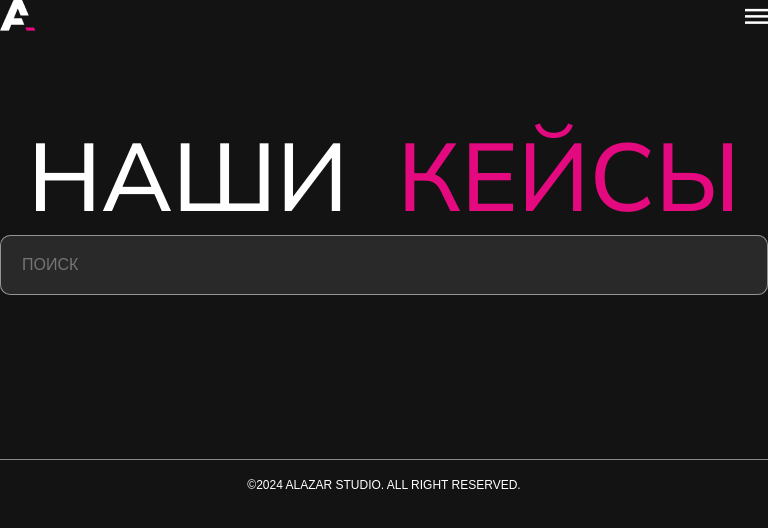
Repository: AlazarStudio/alazar_studio
Page: /cases
These files come from the project's save history. The page is drawn as it stood at one moment and after the next save; the edit follows.
The browser window is 768 px wide. The pictures show the whole page.
The page's requests for data from a server got no answer. The project was rebuilt for these pictures with package versions that can differ from the ones it lists, and the page was loaded fresh each time. No one was signed in, and anything a server would have sent is missing. Also part of the build but not shown: vite.config.js, src/Components/Pages/Non_Found_Page.jsx, src/Components/Standart/CenterBlock/CenterBlock.module.css, src/Components/Standart/CenterBlock/CenterBlock.jsx, src/Components/Standart/WidthBlock/WidthBlock.module.css, src/Components/Standart/WidthBlock/WidthBlock.jsx, src/Components/Pages/HomePage/HomePage.module.css, src/Components/Pages/HomePage/HomePage.jsx and 13 more.

Above is the page before, as saved 2025-05-06 16:32:21.

### index.html
<!DOCTYPE html>
<html lang="ru">
  <head>
    <meta charset="UTF-8" />
    <link rel="icon" type="image/svg+xml" href="/favicon-alazar-studio.png" />
    <meta name="viewport" content="width=device-width, initial-scale=1.0" />
    <title>Название сайта</title>
    <!-- <link
      rel="stylesheet"
      href="https://fonts.googleapis.com/css2?family=Montserrat:wght@400;500;600;700,800&display=swap"
    /> -->
    <link
      href="https://fonts.googleapis.com/css2?family=Mulish:wght@300;400;500;600;700;800&display=swap"
      rel="stylesheet"
    />
  </head>
  <body>
    <div id="root"></div>
    <script type="module" src="/src/main.jsx"></script>
  </body>
</html>

### src/App.jsx
import React from 'react';
import { Route, Routes } from 'react-router-dom';
import Non_Found_Page from './Components/Pages/Non_Found_Page';
import Layout from './Components/Standart/Layout/Layout';
// import AdminPage from './Components/Pages/AdminPage/AdminPage';
import HomePage from './Components/Pages/HomePage/HomePage';
import AdminPage from './Components/Pages/AdminPage/AdminPage';
import CasesPage from './Components/Pages/CasesPage/CasesPage';

function App() {
  return (
    <>
      <Routes>
        <Route path="/" element={<Layout />}>
          <Route path="/" element={<HomePage />} />
          <Route path="/cases" element={<CasesPage />} />

          <Route path="*" element={<Non_Found_Page />} />
        </Route>
        <Route path="/admin/*" element={<AdminPage />} />
      </Routes>
    </>
  );
}

export default App;

### src/index.css
* {
    margin: 0;
    padding: 0;
    box-sizing: border-box;
    font-family: 'Montserrat', sans-serif;
    scroll-behavior: smooth;
}

a {
    text-decoration: none;
}

:root {
    --blockWidth: 1300px;
}

body {
    background-color: #131313;
    color: #fff;
    /* margin-top: 0px; */
}

main {
    /* display: flex;
    flex-direction: column;
    gap: 80px;
    padding-bottom: 80px; */
}

### src/Components/Standart/Layout/Layout.jsx
import React from "react";
import { Outlet } from "react-router-dom";

import Header from "../../Blocks/Header/Header"
import Footer from "../../Blocks/Footer/Footer";


function Empty({ children, ...props }) {
    return (
        <>
            <Header/>
            <Outlet />
            <Footer/>
        </>
    );
}

export default Empty;

### src/Components/Pages/CasesPage/CasesPage.jsx
import React, { useEffect, useState } from 'react';
import classes from './CasesPage.module.css';
import serverConfig from '../../../serverConfig';
import uploadsConfig from '../../../uploadsConfig';
import CaseHomeCard from '../../ui/HomePage/CaseHomeCard';

export default function CasesPage() {
  const [caseHomes, setCaseHomes] = useState([]);
  const [categories, setCategories] = useState([]); // 🆕 категории
  const [loading, setLoading] = useState(false);
  const [error, setError] = useState(null);

  useEffect(() => {
    const fetchData = async () => {
      setLoading(true);
      try {
        // Загружаем кейсы и категории параллельно
        const [casesHomeRes, categoriesRes] = await Promise.all([
          fetch(`${serverConfig}/casesHome`),
          fetch(`${serverConfig}/categories`),
        ]);

        const casesHomeData = await casesHomeRes.json();
        const categoriesData = await categoriesRes.json();

        setCaseHomes(casesHomeData);
        setCategories(categoriesData);
      } catch (err) {
        console.error('Ошибка загрузки данных:', err);
        setError('Ошибка загрузки данных');
      } finally {
        setLoading(false);
      }
    };

    fetchData();
  }, []);

  return (
    <div className={classes.container}>
      <div className={classes.containerCase}>
        <div className={classes.containerCaseTop}>
          <div className={classes.containerCaseTopName}>
            <span>НАШИ</span>
            <span>КЕЙСЫ</span>
          </div>
          <input placeholder="ПОИСК" />
        </div>

        {/* 🔽 Категории */}
        <div className={classes.categoryMenu}>
          {categories.map((cat) => (
            <span key={cat.id} className={classes.categoryItem}>
              {cat.title}
            </span>
          ))}
        </div>

        {/* 🔽 Кейсы */}
      </div>
      <CaseHomeCard caseHomes={caseHomes} />
    </div>
  );
}

### src/Components/Blocks/Header/Header.jsx
import React, { useEffect, useState } from 'react';
import classes from './Header.module.css';
import { Link } from 'react-router-dom';

function Header() {
  const [isScrolled, setIsScrolled] = useState(false);
  const [isMenuOpen, setIsMenuOpen] = useState(false);

  useEffect(() => {
    const handleScroll = () => {
      if (window.scrollY > 50) {
        setIsScrolled(true);
      } else {
        setIsScrolled(false);
      }
    };

    window.addEventListener('scroll', handleScroll);
    return () => window.removeEventListener('scroll', handleScroll);
  }, []);

  const toggleMenu = () => {
    setIsMenuOpen((prev) => !prev);
  };

  const closeMenu = () => {
    setIsMenuOpen(false);
  };

  return (
    <div className={classes.container}>
      <div
        className={`${classes.containerNav} ${
          isScrolled ? classes.scrolled : ''
        }`}
      >
        <ul>
          <li>
            {' '}
            <img
              src="/images/headerLogo.png"
              alt="Логотип"
              className={classes.logo}
            />
          </li>
          <li>
            <Link to="/">ГЛАВНАЯ</Link>
          </li>
          <li>
            <Link to="/service">УСЛУГИ</Link>
          </li>
          <li>
            <Link to="/cases">КЕЙСЫ</Link>
          </li>
          <li>
            <Link to="/shop">МАГАЗИН</Link>
          </li>
          <li>
            <Link to="/about">О НАС</Link>
          </li>
          <li>
            <Link to="/contacts">КОНТАКТЫ</Link>
          </li>
        </ul>
      </div>

      {/* Мобильная версия */}
      <div
        className={`${classes.containerNavMobile} ${
          isScrolled ? classes.scrolled : ''
        }`}
      >
        <img
          src="/images/LogoAlazarM.png"
          alt="Логотип"
          className={classes.logoMobile}
        />

        {/* Иконка меню, по клику открывается меню */}
        <img
          src="/images/headerMobil.png"
          alt="Меню"
          className={classes.menuIcon}
          onClick={toggleMenu}
        />

        {/* Блок с меню */}
        <div
          className={`${classes.menu} ${isMenuOpen ? classes.open : ''}`}
          onClick={closeMenu}
        >
          <ul>
            <li>
              <Link to="/">ГЛАВНАЯ</Link>
            </li>
            <li>
              <Link to="/service">УСЛУГИ</Link>
            </li>
            <li>
              <Link to="/cases">КЕЙСЫ</Link>
            </li>
            <li>
              <Link to="/shop">МАГАЗИН</Link>
            </li>
            <li>
              <Link to="/about">О НАС</Link>
            </li>
            <li>
              <Link to="/contacts">КОНТАКТЫ</Link>
            </li>
          </ul>
        </div>
      </div>
    </div>
  );
}

export default Header;

### src/Components/Blocks/Footer/Footer.jsx
import React from 'react';
import classes from './Footer.module.css';
import CenterBlock from '../../Standart/CenterBlock/CenterBlock';
import WidthBlock from '../../Standart/WidthBlock/WidthBlock';

function Footer({ children, ...props }) {
  return (
    <>

          <div className={classes.container}>
            <span>©2024 ALAZAR STUDIO. ALL RIGHT RESERVED.</span>
          </div>

    </>
  );
}

export default Footer;

### src/serverConfig.js
function serverConfig() {
  const server = 'http://localhost:5000/api';
  // const server = 'https://backend.kch-tourism.ru/api'
  return server;
}

export default serverConfig();

### src/uploadsConfig.js
function uploadsConfig() {
	const server = 'http://localhost:5000'
	// const server = 'https://backend.equipment-house.ru'
	return server
}

export default uploadsConfig()

### src/Components/ui/HomePage/CaseHomeCard.jsx

import classes from './CaseHomeCard.module.css';
import uploadsConfig from '../../../uploadsConfig';

export default function CaseHomeCard({caseHomes}) {


  return (

        <div className={classes.containerCaseMenu}>
          {caseHomes.map((item) => (
            <div key={item.id} className={classes.caseItem}>
              <img src={`${uploadsConfig}${item.img[0]}`} alt={item.name} />
              {/* <span>{item.name}</span> */}
            </div>
          ))}
        </div>

  );
}

### src/Components/Pages/CasesPage/CasesPage.module.css


.container {
  display: flex;
  flex-direction: column;
  width: 100%;
  align-items: center;
}


.containerCase {
  display: flex;
  flex-direction: column;
  width: 100%;
  max-width: 1609px;
  align-items: center;
  margin-top: 115px;
}

.containerCaseTop {
  display: flex;
  flex-direction: column;
  align-items: center;
  width: 100%;
  max-width: 1301px;
}

.containerCaseTop input {
  width: 100%;
  height: 60px;
  border: 1px solid rgba(255, 255, 255, 0.5); /* полупрозрачная белая граница */
  background-color: rgba(128, 128, 128, 0.2); /* полупрозрачный серый фон */
  padding: 21px;
  color: #fff;
  border-radius: 10px;
  font-size: 16px;
  outline: none;
}


.containerCaseTopName {
  display: flex;
  gap: 49px;
}

.containerCaseTopName span:nth-of-type(1) {
  font-size: 96px;
  font-weight: 500;
  color: #fff;
  font-family: 'Mulish', sans-serif;
}

.containerCaseTopName span:nth-of-type(2) {
  font-size: 96px;
  font-weight: 500;
  color: #e5097f;
  font-family: 'Mulish', sans-serif;
}

.containerCaseTop img {
  width: 106px;
  cursor: pointer;
}

.categoryMenu {
  display: flex;
  align-items: center;
  justify-content: space-between;
  width: 100%;
  max-width: 1301px;
  margin-top: 34px;
  gap: 1px;
}

.categoryMenu span {
  display: flex;
  align-items: center;
  justify-content: center;
  padding: 20px;
  font-size: 16px;
  font-weight: 400;
  height: 60px;
  border: 1px solid rgba(255, 255, 255, 0.5);
  border-radius: 10px;
  font-family: 'Mulish', sans-serif;
  cursor: pointer;
}

### src/Components/Blocks/Header/Header.module.css
.container {
  display: flex;
  align-items: center;
  justify-content: center;
  position: fixed;
  top: 0;
  left: 0;
  width: 100%;
  z-index: 1000;
  transition: background 0.3s ease-in-out;

}

.containerNav {
  display: flex;
  width: 100%;
  align-items: center;
  justify-content: center; /* Логотип слева, меню справа */
  /* outline: 1px solid red; */
  height: 98px;
  background: transparent; /* Начально прозрачный */
  transition: background 0.3s ease-in-out;
  padding: 0;
}

.scrolled {
  background: #131313; /* Черный фон при скролле */
}

.logo {
  height: 49px;
}

ul {
  display: flex;
  width: 100%;
  max-width: 1400px;
  align-items: center;
  justify-content: space-between;
  list-style: none;
  padding: 0;
  margin: 0;
  /* gap: 20px; */
}

li a {
  font-size: 16px;
  font-weight: 500;
  color: #fff;
  text-decoration: none;
  transition: color 0.3s;
  font-family: 'Mulish', sans-serif;
}

.containerNavMobile {
  display: none;
}

/* li a:hover {
  color: #81212D;
} */


@media (max-width: 1280px) {

  .container {
    padding: 0px;

  }

  .containerNavMobile {
    display: none;
  }


}

@media (max-width: 768px) {

  .containerNav {
    display: none;
  }

  .containerNavMobile {
    display: flex;
    align-items: center;
    justify-content: space-between;
    width: 100%;
  }

  /* Добавляем стиль для меню */
.menu {
  position: fixed;
  top: 0;
  right: -100%;
  width: 250px;
  height: 100%;
  background: #131313;
  transition: right 0.3s ease-in-out;
  display: flex;
  justify-content: center;
  align-items: center;
}

.menu.open {
  right: 0;
}

.menu ul {
  display: flex;
  flex-direction: column;
  list-style: none;
}

.menu li {
  margin: 15px 0;
}

.menu li a {
  color: #fff;
  text-decoration: none;
  font-size: 18px;
  font-weight: 500;
}


}

### src/Components/Blocks/Footer/Footer.module.css
.container {
  display: flex;
  align-items: center;
  justify-content: center;
  height: 100px;
  color: #fff;
  border-top: 1px solid rgba(255, 255, 255, 0.5);
  margin-top: 100px;
  padding: 2px;
  font-size: 12px;
}



@media (max-width: 768px) {
  .container {
    height: 50px;
    font-size: 12px;
  }
}

### src/Components/ui/HomePage/CaseHomeCard.module.css
.containerCaseMenu {
  display: flex;
  justify-content: space-between;
  flex-wrap: wrap;
  width: 100%;
  max-width: 1609px;
  margin-top: 30px;
}

.caseItem {
  display: flex;
  flex-direction: column;
  position: relative;
  align-items: center;
  width: 507px;
  height: 507px;
  cursor: pointer;
  margin-top: 48px;
  border-radius: 10px;
}

.caseItem img {
  width: 100%;
  height: 100%;
  border-radius: 10px;
}

.caseItem span {
  display: flex;
  text-align: center;
  position: absolute;
  top: 72px;
  font-size: 30px;
  font-weight: 700;
  margin-right: 50px;
  margin-left: 50px;
}

@media (max-width: 1280px) {
  .containerCaseMenu {
    max-width: 1280px;
  }

  .caseItem {
    width: 368px;
    height: 368px;
  }
}

@media (max-width: 480px) {
  .containerCaseMenu {
    max-width: 480px;
    margin-top: -30px !important;
  }

  .caseItem {
    width: 100%;
  }
}

Loaded but not shown: src/main.jsx (common file)

After the next save:
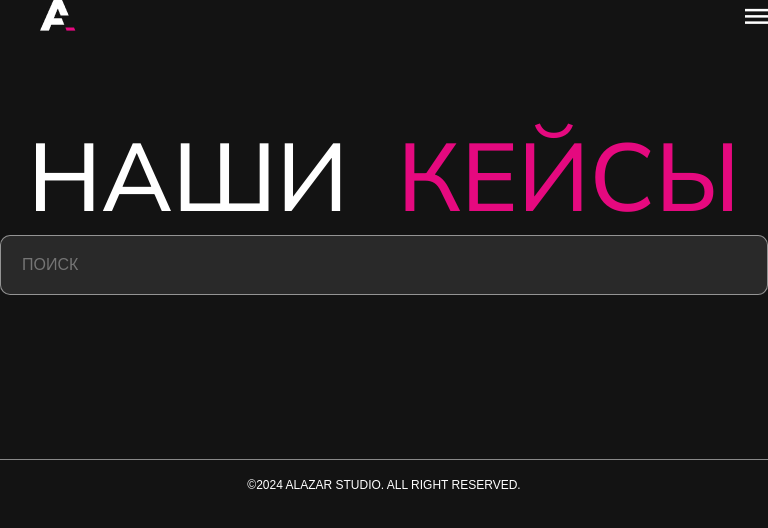
Saved 13 s later.
--- a/src/Components/Blocks/Header/Header.module.css
+++ b/src/Components/Blocks/Header/Header.module.css
@@ -86,6 +86,7 @@ li a {
     align-items: center;
     justify-content: space-between;
     width: 100%;
+    padding-left: 40px;
   }
 
   /* Добавляем стиль для меню */
